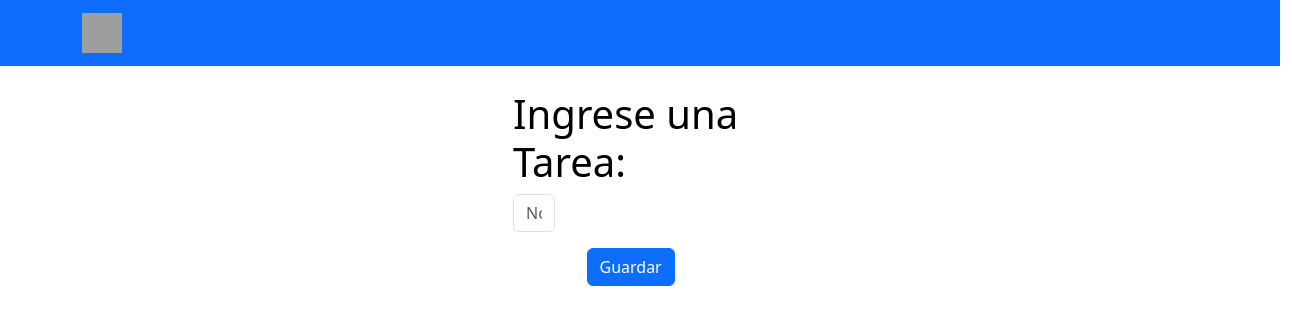
Repository: mgarrido0gb/registroTareas
Page: http://localhost/Tareas/Home
The author's editor kept a copy of each file at every save. The page is drawn from the files as they stood at one save, then again after the next save.
The browser window is 1280 px wide. The page is 1292 px wide, so the pictures cover 1292 px, including what lies to the right of the window. The pictures show the whole page.
Pictures or frames that could not be fetched are drawn as grey boxes. The page is served by Tomcat 10. Other server files are loaded and not shown. Queries for data that is not in the repository find no rows.

Above is the page before, as saved 2024-05-21 16:44:01.

### Tareas/src/main/webapp/WEB-INF/home.jsp
<%@page import="models.Categoria"%>
<%@page import="models.Tarea"%>
<%@ page language="java" contentType="text/html; charset=ISO-8859-1"
    pageEncoding="ISO-8859-1" import="java.util.ArrayList" import="models.Tarea" import="models.Categoria"%>
<!doctype html>
<html lang="en">
  <head>
    <meta charset="utf-8">
    <meta name="viewport" content="width=device-width, initial-scale=1">
    <title>Registro Tareas</title>
    <link href="https://cdn.jsdelivr.net/npm/bootstrap@5.3.3/dist/css/bootstrap.min.css" rel="stylesheet" integrity="sha384-QWTKZyjpPEjISv5WaRU9OFeRpok6YctnYmDr5pNlyT2bRjXh0JMhjY6hW+ALEwIH" crossorigin="anonymous">
    <style type="text/css">
    	body{
    		background-color: white;
    		color: black;
    	}

    	li{
    		color: black;
    	}

    	.logotipo{
    		width: 30px;
    		height: 30px;
    	}






    </style>

  </head>
  <body>
  	<nav class="navbar bg-primary" id="nav">
  		<div class="container">
    		<a class="navbar-brand" href="#">
      			<img src="https://cdn-icons-png.flaticon.com/512/181/181627.png"  width="40" height="40">
    		</a>
  		</div>
	</nav>

    <div class="row">
    	<div class="col-3 offset-3 d-block m-auto m-0">
    		<form action="/Tareas/Home" method="post">
    			<div class="p-4">
    				<h1>Ingrese una Tarea: </h1>

    				<div class="text-center col-lg-2">
    					<input class="form-control" placeholder="Nombre de tarea" name="texto" type="text" required>
    				</div>
    			<div>
    			<div class="row">
    				<div class="col-3 offset-3 p-3">
    					<input type="submit" value="Guardar" class="btn btn-primary">
    				</div>

    			</div>
    		</div>

    	</form>

    </div>


    </div>
   <div class="row">
   		<div class="col-3 offset-2 d-block m-auto m-0 p-3">
   			 <%
    			ArrayList<Tarea> tareas = (ArrayList<Tarea>)request.getAttribute("tareas");
    		%>

    			<% for (Tarea t: tareas) { %>
    				<ul class="list-group">
    					<li <% if (t.completada == true){ %>class="text-decoration-line-through text-danger"<% } %> class="list-group-item">
    		 				<%=t.texto %> (creada en: <%=t.fecha %>)
    		 				<a href="/Tareas/CheckearTarea?id=<%=t.id%>"><img src="https://img.icons8.com/?size=48&id=sz8cPVwzLrMP&format=png" class="logotipo"></img></a>
    		 				<a href="/Tareas/GestionTarea?id=<%=t.id%>"><img src="https://img.icons8.com/?size=48&id=pre7LivdxKxJ&format=png" class="logotipo"></img></a>
    					</li>
    				<br>
    			<%}%>
    		</ul>

   		</div>
   </div>
    <script src="https://cdn.jsdelivr.net/npm/bootstrap@5.3.3/dist/js/bootstrap.bundle.min.js" integrity="sha384-YvpcrYf0tY3lHB60NNkmXc5s9fDVZLESaAA55NDzOxhy9GkcIdslK1eN7N6jIeHz" crossorigin="anonymous"></script>
  </body>
</html>

### Tareas/src/main/java/servlets/Home.java
package servlets;

import jakarta.servlet.RequestDispatcher;
import jakarta.servlet.ServletException;
import jakarta.servlet.annotation.WebServlet;
import jakarta.servlet.http.HttpServlet;
import jakarta.servlet.http.HttpServletRequest;
import jakarta.servlet.http.HttpServletResponse;
import models.Categoria;
import models.Tarea;

import java.io.IOException;
import java.sql.SQLException;
import java.util.ArrayList;

import daos.CategoriaDao;
import daos.TareaDao;


/**
 * Servlet implementation class Home
 */
public class Home extends HttpServlet {
	private static final long serialVersionUID = 1L;

    /**
     * Default constructor.
     */
    public Home() {
        // TODO Auto-generated constructor stub
    }

	/**
	 * @throws IOException
	 * @throws ServletException
	 * @see HttpServlet#doGet(HttpServletRequest request, HttpServletResponse response)
	 */
	protected void doGet(HttpServletRequest request, HttpServletResponse response) throws ServletException, IOException  {
		// TODO Auto-generated method stub
		try {
			ArrayList<Tarea> tareas = TareaDao.getAll();
			System.out.println(tareas);
			request.setAttribute("tareas", tareas);

			ArrayList<Categoria> cats = CategoriaDao.getAll();
			request.setAttribute("cats", cats);
		} catch(SQLException e) {
			System.out.println(e);
		}


		// 2. Cargamos el JSP
		RequestDispatcher vista = request.getRequestDispatcher("WEB-INF/home.jsp");
		vista.forward(request, response);
	}

	/**
	 * @see HttpServlet#doPost(HttpServletRequest request, HttpServletResponse response)
	 */
	protected void doPost(HttpServletRequest request, HttpServletResponse response) throws ServletException, IOException {
		// TODO Auto-generated method stub
		String textoNuevaTarea = request.getParameter("texto");
		try {
			TareaDao.addNew(textoNuevaTarea);

		} catch (SQLException e) {
			// TODO Auto-generated catch block
			e.printStackTrace();
		}


		response.sendRedirect("/Tareas/Home");
	}

}

### Tareas/src/main/java/daos/TareaDao.java
package daos;

import java.sql.Connection;
import java.sql.PreparedStatement;
import java.sql.ResultSet;
import java.sql.SQLException;
import java.sql.Statement;
import java.util.ArrayList;

import models.Categoria;
import models.MyConn;
import models.Tarea;

public class TareaDao {

	static public void addNew(String textoNuevaTarea) throws SQLException {
		//1.-  nueva conexion
		Connection conn = MyConn.getConnection();
		//2.- consulta
		PreparedStatement consulta =conn.prepareStatement("INSERT INTO TAREAS (texto) values(?)");
		consulta.setString(1, textoNuevaTarea);
		consulta.execute();
	}

	static public void deleteById (int idTarea) throws SQLException {
		// 1. Pedimos una conexion nueva
		Connection conn = MyConn.getConnection();
		// 2. Creamos la consulta
		PreparedStatement stmt = conn.prepareStatement(
			"delete from tareas where id=?"
		);
		stmt.setInt(1, idTarea);
		// 3. Ejecutar la stmt
		stmt.executeUpdate();
	  }

	static public void checkById (int idTarea) throws SQLException {
		// 1. Pedimos una conexion nueva
		Connection conn = MyConn.getConnection();
		// 2. Creamos la consulta
		PreparedStatement stmt = conn.prepareStatement(
			"update tareas set completada = true where id = ?"
		);
		stmt.setInt(1, idTarea);
		// 3. Ejecutar la stmt
		stmt.executeUpdate();
	  }





	static public ArrayList<String> get_textos () throws SQLException {
		// 1. Creamos un ArrayList vacío
		ArrayList<String> textos = new ArrayList<String>();
		// 2. Pedimos una conección nueva
		Connection conn = MyConn.getConnection();
		// 3. Creamos y ejecutamos la consulta
		Statement consulta = conn.createStatement();
		ResultSet respuesta = consulta.executeQuery("select * from tareas");

		// 4. Vamos llenando el ArrayList con lo que tenga la respuesta
		while (respuesta.next()) {
		  textos.add( respuesta.getString("texto") );
		}
		// 5. Retornamos el ArrayList, ahora lleno
		return textos;
	  }



	static public ArrayList<Tarea> getAll () throws SQLException {
		// 1. Creamos un ArrayList vacío
		ArrayList<Tarea> tareas = new ArrayList<Tarea>();
		// 2. Pedimos una conección nueva
		Connection conn = MyConn.getConnection();
		// 3. Creamos y ejecutamos la consulta
		Statement consulta = conn.createStatement();
		ResultSet respuesta = consulta.executeQuery("select * from tareas");

		// 4. Vamos llenando el ArrayList con lo que tenga la respuesta
		while (respuesta.next()) {
			Tarea t = new Tarea(
					respuesta.getInt("id"),
					respuesta.getString("texto"),
					respuesta.getBoolean("completada"),
					respuesta.getDate("fecha")

			);
		  tareas.add(t);
		}
		return tareas;
	  }
}

### Tareas/src/main/java/models/MyConn.java
package models;

import java.sql.Connection;
import java.sql.DriverManager;
import java.sql.SQLException;

public class MyConn {
	static final String URL = "jdbc:postgresql://localhost/ejemplo_dao";
	static final String USER = "postgres";
	static final String PASSWORD = "12345";
	static final String DRIVER = "org.postgresql.Driver";

	static public Connection conn = null;

    static public Connection getConnection () {
      if (conn != null) {
        return conn;
      }
      try {
    	Class.forName(DRIVER);
    	conn = (Connection) DriverManager.getConnection(URL, USER, PASSWORD);
      }
      catch (ClassNotFoundException | SQLException e) {
    	e.printStackTrace();
      }
      return conn;
    }
}

### Tareas/src/main/java/daos/CategoriaDao.java
package daos;

import java.sql.Connection;
import java.sql.ResultSet;
import java.sql.SQLException;
import java.sql.Statement;
import java.util.ArrayList;

import models.Categoria;
import models.MyConn;


public class CategoriaDao {
	static public ArrayList<Categoria> getAll () throws SQLException {
		// 1. Creamos un ArrayList vacío
		ArrayList<Categoria> categorias = new ArrayList<Categoria>();
		// 2. Pedimos una conección nueva
		Connection conn = MyConn.getConnection();
		// 3. Creamos y ejecutamos la consulta
		Statement consulta = conn.createStatement();
		ResultSet respuesta = consulta.executeQuery("select * from categoria order by id");

		// 4. Vamos llenando el ArrayList con lo que tenga la respuesta
		while (respuesta.next()) {
			Categoria c = new Categoria(
					respuesta.getInt("id"),
					respuesta.getString("nombre")

			);
		  categorias.add(c);
		}
		return categorias;
	  }
}

After the next save:
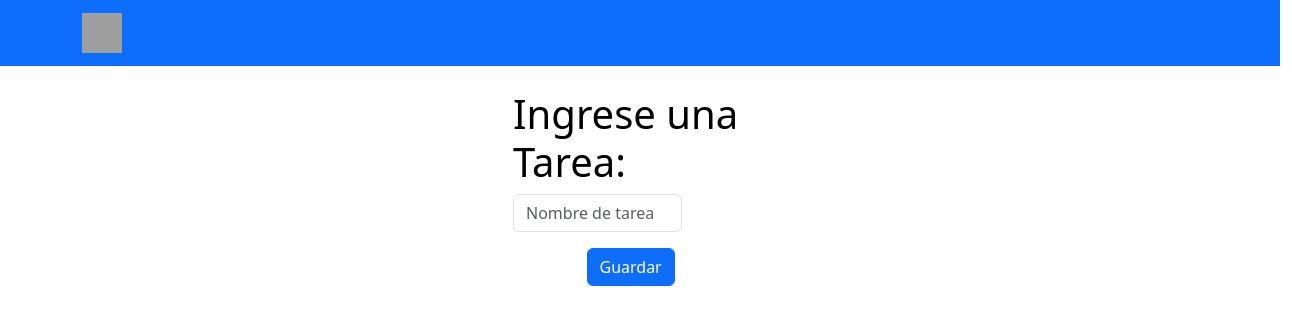
Saved 52 s later.
--- a/Tareas/src/main/webapp/WEB-INF/home.jsp
+++ b/Tareas/src/main/webapp/WEB-INF/home.jsp
@@ -47,7 +47,7 @@
     			<div class="p-4">
     				<h1>Ingrese una Tarea: </h1>
 
-    				<div class="text-center col-lg-2">
+    				<div class="text-center col-sm-8">
     					<input class="form-control" placeholder="Nombre de tarea" name="texto" type="text" required>
     				</div>
     			<div>
